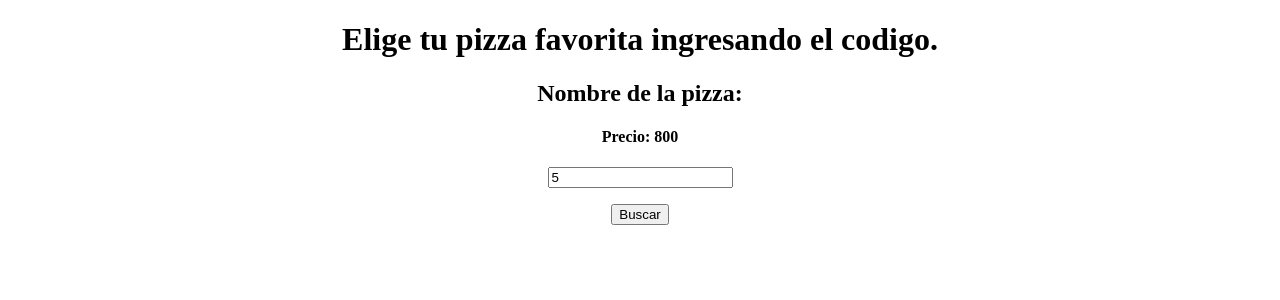
Repository: lucas-itup/E1-JAVASCRIPT
Page: index.html
These files come from the project's save history. The page is drawn as it stood at one moment and after the next save; the edit follows.
The browser window is 1280 px wide. The pictures show the whole page.
Empty fields were first filled with sample values (such as "Sample", 5 or name@example.com).
After loading, the first visible `button` was clicked once.

Above is the page before, as saved 2022-09-11 20:40:11.

After the next save:
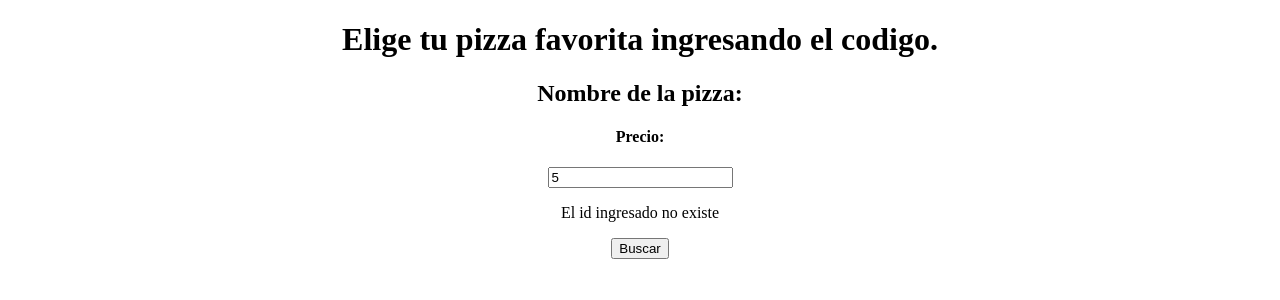
Saved 6 min 22 s later.
--- a/assets/index.js
+++ b/assets/index.js
@@ -59,15 +59,16 @@ const buscarPizza = () => {
     validaciones(valueid, inputVacio)
 
     var found = pizzas.find(function(post, index) {
-        if (post.id == valueid)
-            precioPizza.textContent = post.precio;
+        if (post.id != valueid) return validaciones(valueid, inputVacio, post.id);
+
+        precioPizza.textContent = post.precio;
     });
 }
 
-const validaciones = (valueid, inputVacio) => {
+const validaciones = (valueid, inputVacio, post = null) => {
 
     if (valueid == "") return inputVacio.textContent = "Debes ingresar un valor numerico"
 
-
+    if (post != null) return inputVacio.textContent = "El id ingresado no existe"
 
 }
